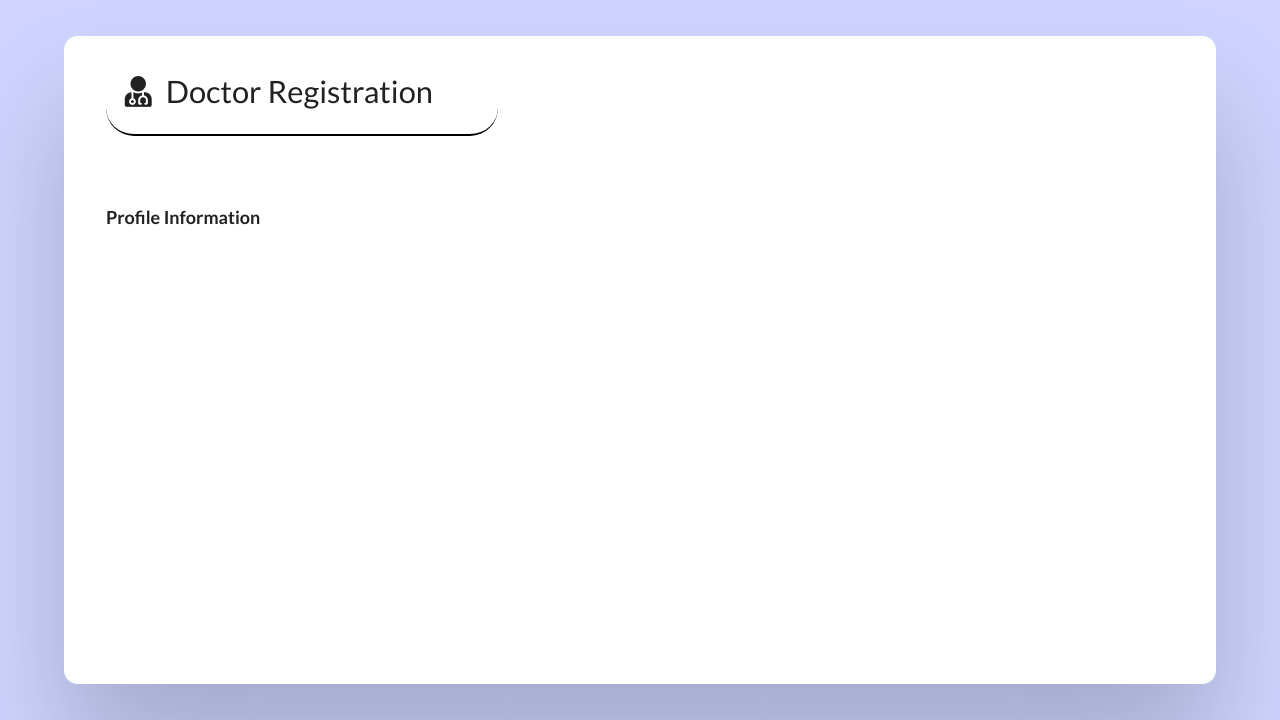
Repository: ajayaj2001/healthcare-digitization
Page: /doctorRegister
An editor plug-in stored every save of this project. The page is shown before and after the next save, followed by the edit.
The browser window is 1280 px wide. The pictures show the whole page.
The project was rebuilt for these pictures with package versions that can differ from the ones it lists, and the page was loaded fresh each time. Also part of the build but not shown: src/component/userType/UserType.scss, src/component/userType/UserType.js, src/component/login/Login.scss, src/component/login/loginForm/LoginForm.scss, src/component/login/loginForm/LoginForm.js, src/component/login/Login.js, src/component/register/Register.scss, src/component/register/registerForm/RegisterForm.scss and 2 more.

Above is the page before, as saved 2021-03-13 11:29:02.

### public/index.html
<!DOCTYPE html>
<html lang="en">

<head>
  <meta charset="utf-8" />
  <meta name="viewport" content="width=device-width, initial-scale=1" />
  <meta name="theme-color" content="#000000" />
  <meta name="description" content="Web site created using create-react-app" />
  <link rel="stylesheet" href="https://fonts.googleapis.com/css?family=Roboto:300,400,500,700&display=swap" />
  <link rel="stylesheet" href="https://fonts.googleapis.com/icon?family=Material+Icons" />

  <!--
      manifest.json provides metadata used when your web app is installed on a
      user's mobile device or desktop. See https://developers.google.com/web/fundamentals/web-app-manifest/
    -->
  <!-- <link rel="manifest" href="%PUBLIC_URL%/manifest.json" /> -->
  <!--
      Notice the use of %PUBLIC_URL% in the tags above.
      It will be replaced with the URL of the `public` folder during the build.
      Only files inside the `public` folder can be referenced from the HTML.

      Unlike "/favicon.ico" or "favicon.ico", "%PUBLIC_URL%/favicon.ico" will
      work correctly both with client-side routing and a non-root public URL.
      Learn how to configure a non-root public URL by running `npm run build`.
    -->
  <title>medical</title>
</head>

<body>
  <noscript>You need to enable JavaScript to run this app.</noscript>
  <div id="root"></div>
  <!--
      This HTML file is a template.
      If you open it directly in the browser, you will see an empty page.

      You can add webfonts, meta tags, or analytics to this file.
      The build step will place the bundled scripts into the <body> tag.

      To begin the development, run `npm start` or `yarn start`.
      To create a production bundle, use `npm run build` or `yarn build`.
    -->
</body>

</html>

### src/index.js
import React from 'react';
import ReactDOM from 'react-dom';
import './index.scss';
import App from './component/app/App';
import 'semantic-ui-css/semantic.min.css'


ReactDOM.render(
  // <React.StrictMode>
    <App />
  // </React.StrictMode>
  ,
  document.getElementById('root')
);

### src/index.scss
code {
  font-family: source-code-pro, Menlo, Monaco, Consolas, "Courier New", monospace;
}
@mixin respond($breakpoint) {
  @if $breakpoint == phone {
    @media (max-width: 37.5em) {
      @content;
    }
  }

  @if $breakpoint == tab-land {
    @media (max-width: 75em) {
      @content;
    }
  }
  @if $breakpoint == tab-port {
    @media (max-width: 56.25em) {
      @content;
    }
  }
  @if $breakpoint == big-desktop {
    @media (min-width: 112.5em) {
      @content;
    }
  }
}

*,
*::after,
*::before {
  margin: 0;
  padding: 0;
  box-sizing: inherit;
}
body {
  font-family: "Lato", sans-serif;
  font-weight: 400;
  font-size: 16px;
  line-height: 1.7;
  color: #777;
  //padding: 30px;
  box-sizing: border-box;
  @include respond(tab-port) {
    padding: 0;
  }
}

html {
  font-size: 62.5%; //1rem=10px 10px/16px=62.5%
  @include respond(tab-land) {
    //width <1200
    font-size: 56.25%; //1rem=9px
  }
  @include respond(tab-port) {
    //<width <900
    font-size: 50%; //1rem=8px
  }
  // @include respond(phone) {
  //     //<width<600
  //     font-size: 40%; //1rem=4.8px
  // }
  @include respond(big-desktop) {
    //>1200
    font-size: 75%; //1rem=12
  }
}

### src/component/app/App.js
import './App.scss';

import UserType from "../userType/UserType";
import Login from '../login/Login';
import Register from '../register/Register';
import { BrowserRouter as Router,Route,Switch } from 'react-router-dom';
import DoctorRegister from '../doctorRegister/DoctorRegister';

function App() {
  return (
    <Router>
       <Switch>
          <Route path="/login">
           <Login/>
          </Route>
          <Route path="/register">
           <Register/>
          </Route>
          <Route path="/doctorRegister">
            <DoctorRegister/>
          </Route>
          <Route path="/">
            <UserType/>
          </Route>

        </Switch>
    {/* <div className="App">
    </div> */}
    </Router>
  );
}

export default App;

### src/component/doctorRegister/DoctorRegister.js
import React from 'react'
import './DoctorRegister.scss'
import DoctorRegisterForm from './doctorRegisterForm/DoctorRegisterForm'
import {  Icon } from 'semantic-ui-react'

const DoctorRegister = () => {
    return (
        <div className="doctorRegister__container">
            <div className="doctorRegister__main">
                <div className="doctorRegister__heading"><Icon name="user doctor"/> Doctor Registration</div>
                <DoctorRegisterForm/>
            </div>
        </div>
    )
}

export default DoctorRegister

### src/component/doctorRegister/DoctorRegister.scss
.doctorRegister{
    &__container{
        margin: 0;
        background-color: #cfd4fe;
        height: 100vh;
        display: flex;
        justify-content: center;
        align-items: center;
    }
    &__main{
        background-color: white;
        width: 90%;
        height: 90%;
        border-radius: 1rem;
        align-items: center;
        overflow: hidden;
        box-shadow: 0 5rem 8rem rgba(black, 0.2);
        padding: 1rem 0rem 0rem 3rem;
    }
   &__heading{
       font-size: 2.2rem;
       margin: 0rem 0rem 5rem 0rem;
       padding-left: 1rem;
       line-height: 6rem;
       border-bottom: .2rem solid black;
       width: 28rem;
       border-radius: 2rem;

   }
}

### src/component/doctorRegister/doctorRegisterForm/DoctorRegisterForm.js
import React from 'react'
import './DoctorRegisterForm.scss'
const DoctorRegisterForm = () => {
    return (
        <div className="doctorRegisterForm">
            <div className="doctorRegisterForm__heading"><h3>Profile Information</h3></div>
        </div>
    )
}

export default DoctorRegisterForm

### src/component/doctorRegister/doctorRegisterForm/DoctorRegisterForm.scss
.doctorRegisterForm{
    &__heading{
        font-size: 1.8rem;
    }
}

Loaded but not shown: src/component/app/App.scss (no stored copy; drawn as an empty file)

After the next save:
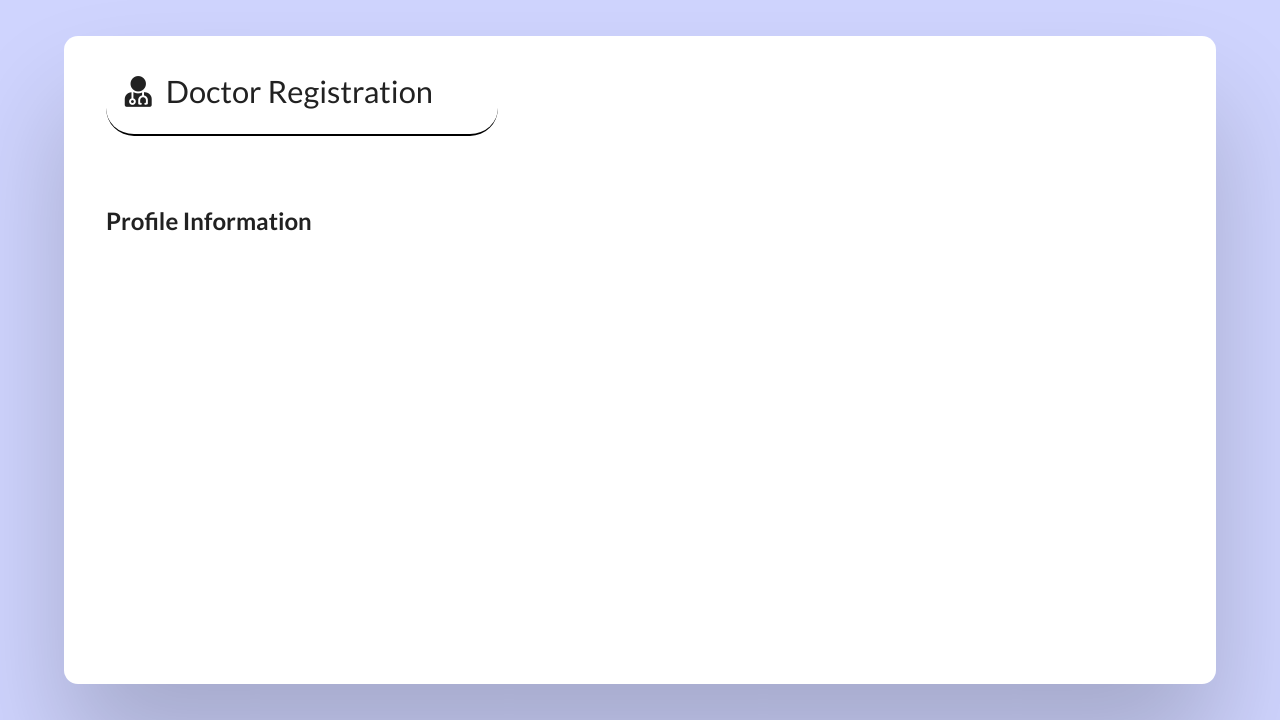
Saved 7 s later.
--- a/src/component/doctorRegister/doctorRegisterForm/DoctorRegisterForm.js
+++ b/src/component/doctorRegister/doctorRegisterForm/DoctorRegisterForm.js
@@ -3,7 +3,7 @@ import './DoctorRegisterForm.scss'
 const DoctorRegisterForm = () => {
     return (
         <div className="doctorRegisterForm">
-            <div className="doctorRegisterForm__heading"><h3>Profile Information</h3></div>
+            <div className="doctorRegisterForm__heading"><h2>Profile Information</h2></div>
         </div>
     )
 }
